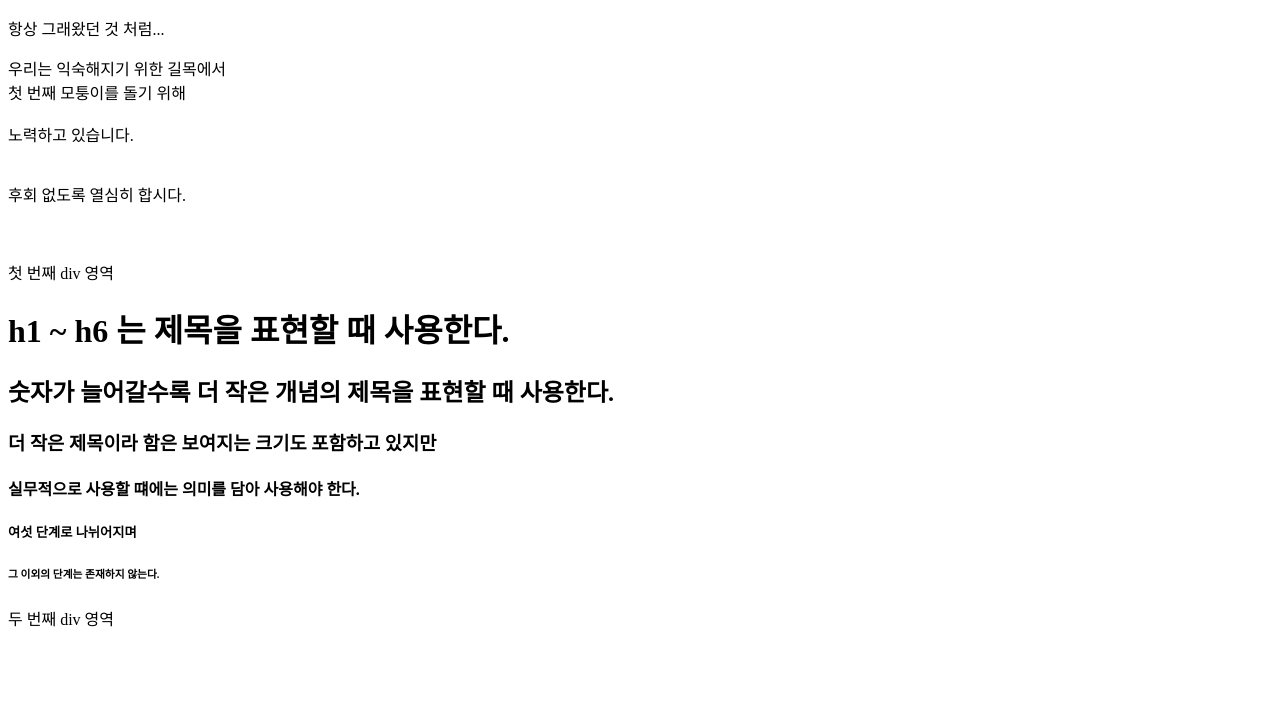
Repository: yhj4130/WebStudy
Page: WebApp01/WebContent/Test001.html
The author's editor kept a copy of each file at every save. The page is drawn from the files as they stood at one save, then again after the next save.
The browser window is 1280 px wide. The pictures show the whole page.

Above is the page before, as saved 2019-04-29 07:09:04.

After the next save:
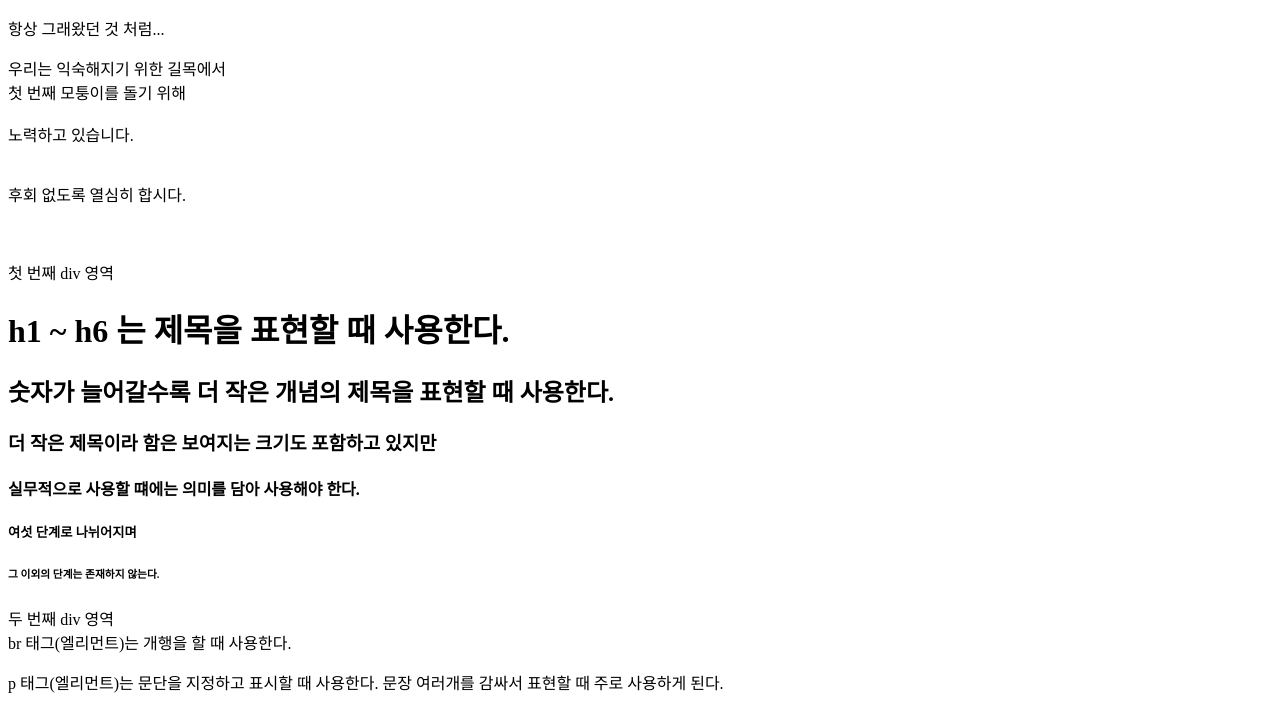
Saved 66 s later.
--- a/WebApp01/WebContent/Test001.html
+++ b/WebApp01/WebContent/Test001.html
@@ -25,8 +25,12 @@
 	<h5>여섯 단계로 나뉘어지며</h5>
 	<h6>그 이외의 단계는 존재하지 않는다.</h6>
 </div>
+
 <div>
 	두 번째 div 영역<br>
+	br 태그(엘리먼트)는 개행을 할 때 사용한다.<br>
+	<p>p 태그(엘리먼트)는 문단을 지정하고 표시할 때 사용한다.
+	문장 여러개를 감싸서 표현할 때 주로 사용하게 된다.</p>
 </div>
 </body>
 </html>
